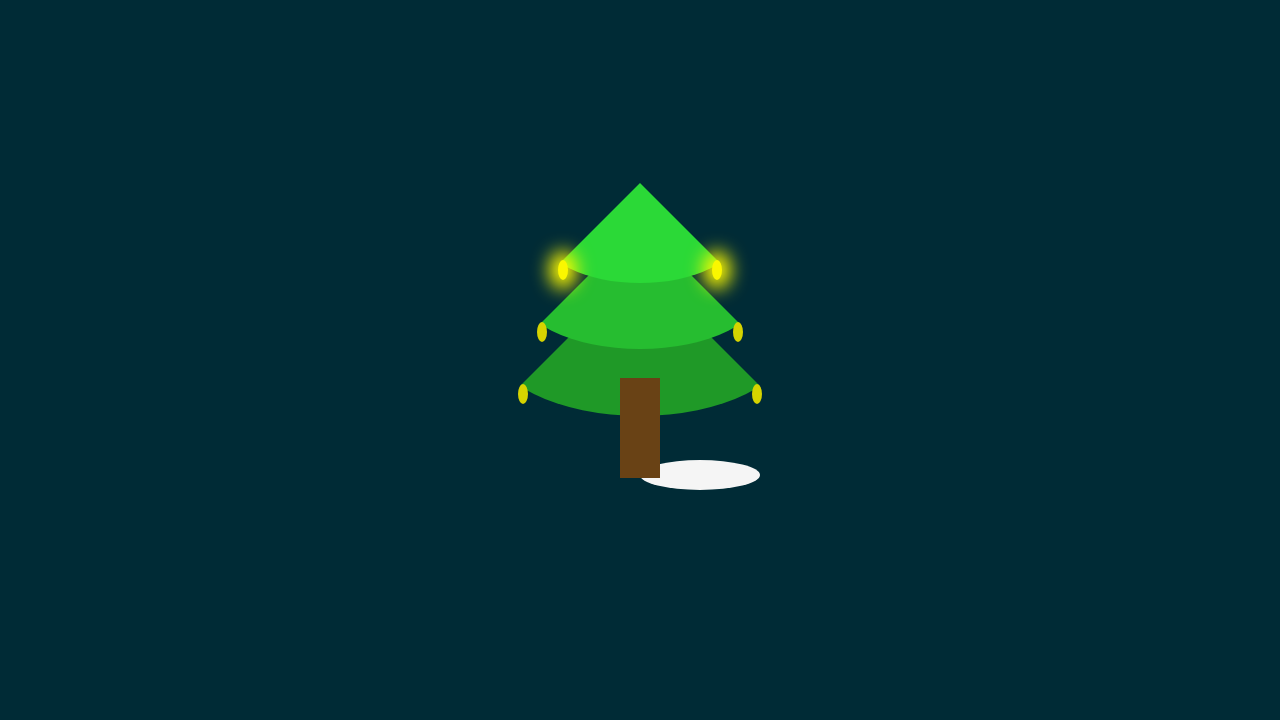
Repository: supakorn5039-boon/Christmas
Page: index.html
The author's editor kept a copy of each file at every save. The page is drawn from the files as they stood at one save, then again after a run of saves.
The browser window is 1280 px wide. The pictures show the whole page.

Above is the page before, as saved 2023-12-25 08:58:31.

### index.html
<!DOCTYPE html>
<html lang="en">
  <head>
    <meta charset="UTF-8" />
    <meta http-equiv="X-UA-Compatible" content="IE=edge" />
    <meta name="viewport" content="width=device-width, initial-scale=1.0" />
    <link rel="stylesheet" href="styles.css" />
  </head>
  <body>
    <div class="xmas-tree">
      <div class="start">
        <i class="fa-solid fa-star"></i>
      </div>
      <div class="t1"></div>
      <div class="t2"></div>
      <div class="t3"></div>
      <div class="stem"></div>
      <div class="snow-ground"></div>
    </div>
  </body>
  <script ></script>

</html>

### styles.css
body {
  height: 100vh;
  margin: 0;
  background: #002b36;
  overflow: hidden;
  display: grid;
  place-items: center;
}

.xmas-tree {
  position: relative;
  width: 500px;
  height: 590px;
  z-index: -2;
}

.star {
  z-index: 3;
  position: absolute;
  color: #fffc00;
  font-style: 40px;
  text-shadow: 0 0 20px #fffc00;
  left: 50%;
  top: 15%;
  margin-left: -22px;
  animation: spin 2s infinite linear forwards;
}

@keyframes spin {
  to {
    transform: rotate(1turn);
  }
}

.t1 {
  position: absolute;
  z-index: 2;
  border-bottom: 100px solid #2bd937;
  margin-left: -100px;
  border-right: 100px solid transparent;
  border-left: 100px solid transparent;
  border-bottom-left-radius: 50%;
  border-bottom-right-radius: 50%;
  top: 20%;
  left: 50%;
}
.t2 {
  position: absolute;
  z-index: 1;
  border-bottom: 125px solid #26bd30;
  margin-left: -125px;
  border-right: 125px solid transparent;
  border-left: 125px solid transparent;
  border-bottom-right-radius: 50%;
  border-bottom-left-radius: 50%;
  top: 27%;
  left: 50%;
}

.t3 {
  position: absolute;
  border-bottom: 150px solid #1f9927;
  margin-left: -150px;
  border-right: 150px solid transparent;
  border-left: 150px solid transparent;
  border-bottom-right-radius: 50%;
  border-bottom-left-radius: 50%;
  top: 34%;
  left: 50%;
}

.t1::before,
.t1::after,
.t2::before,
.t2::after,
.t3::before,
.t3::after {
  position: absolute;
  content: "";
  background: #d6d400;
  z-index: 3;
  width: 10px;
  height: 20px;
  border-radius: 50%;
  animation: blink 1.5s infinite;
}

.t2::before {
  animation-delay: 0.5s;
}
.t2::after {
  animation-delay: 0.5s;
}

.t3::before {
  animation-delay: 1s;
}
.t3::after {
  animation-delay: 1s;
}

@keyframes blink {
  30% {
    background: rgb(255, 252, 0);
    box-shadow: 0 0 20px 10px #fffc00;
  }
  60% {
    background: #d6d400;
    box-shadow: 0 0 0px 0px #fffc00;
  }
}

.t1::before {
  top: 77px;
  left: -82px;
}
.t1::after {
  top: 77px;
  right: -82px;
}

.t2::before {
  top: 98px;
  left: -103px;
}
.t2::after {
  top: 98px;
  right: -103px;
}

.t3::before {
  top: 118px;
  left: -122px;
}

.t3::after {
  top: 118px;
  right: -122px;
}

.stem {
  position: absolute;
  top: 53%;
  left: 50%;
  margin-left: -20px;
  width: 40px;
  height: 100px;
  z-index: 1;
  background: #694215;
}

.snow-ground {
  position: absolute;
  width: 120px;
  height: 30px;
  background: whitesmoke;
  top: 67%;
  left: 50%;
  margin-left: -60 px;
  z-index: -5;
  border-radius: 50%;
}

.snow {
  position: absolute;
  top: -10px;
  background: lightblue;
  border-radius: -50%;
  animation: fall linear;
}

@keyframes fall {
  to {
    transform: translateY(105vh);
  }
}

### index.js
function makeSnow() {
  const snow = document.createElement("div");
  const size = Math.random() * 4.5 + 3.5;
  snow.className = "snow";
  snow.style.width = size + "px";
  snow.style.height = size + "px";
  snow.style.left = Math.random() * window.innerWidth + "px";
  snow.style.opacity = size / 8;
  if (size < 7) {
    snow.style.zIndex = -5;
  }
  snow.style.animationDuration = Math.random() * 3 + 2 + "s";
  document.body.appendChild(snow);
  setTimeout(() => snow.remove(), 5000);
}

setInterval(makeSnow, 40);

After the next 2 saves:
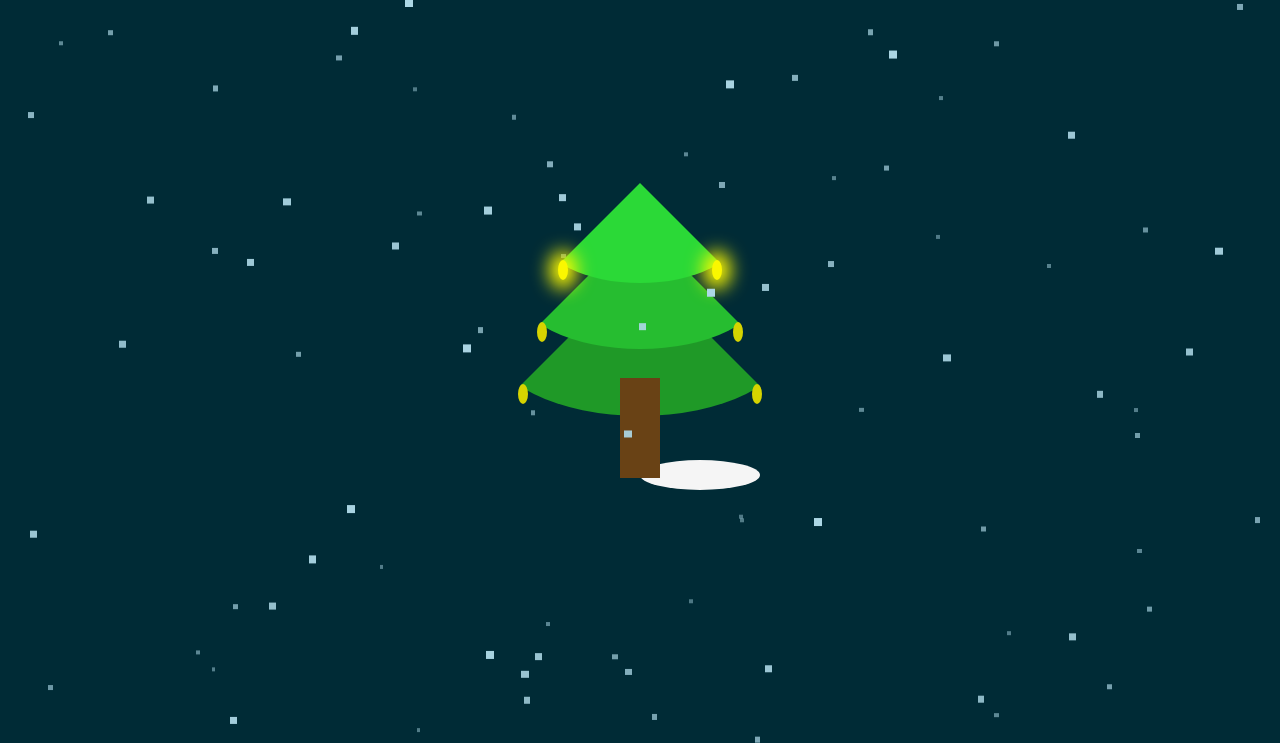
The 2 saves are shown as one change because they came seconds apart.
The last was saved 14 s later.
--- a/index.html
+++ b/index.html
@@ -18,6 +18,5 @@
       <div class="snow-ground"></div>
     </div>
   </body>
-  <script ></script>
-
+  <script src="index.js"></script>
 </html>
